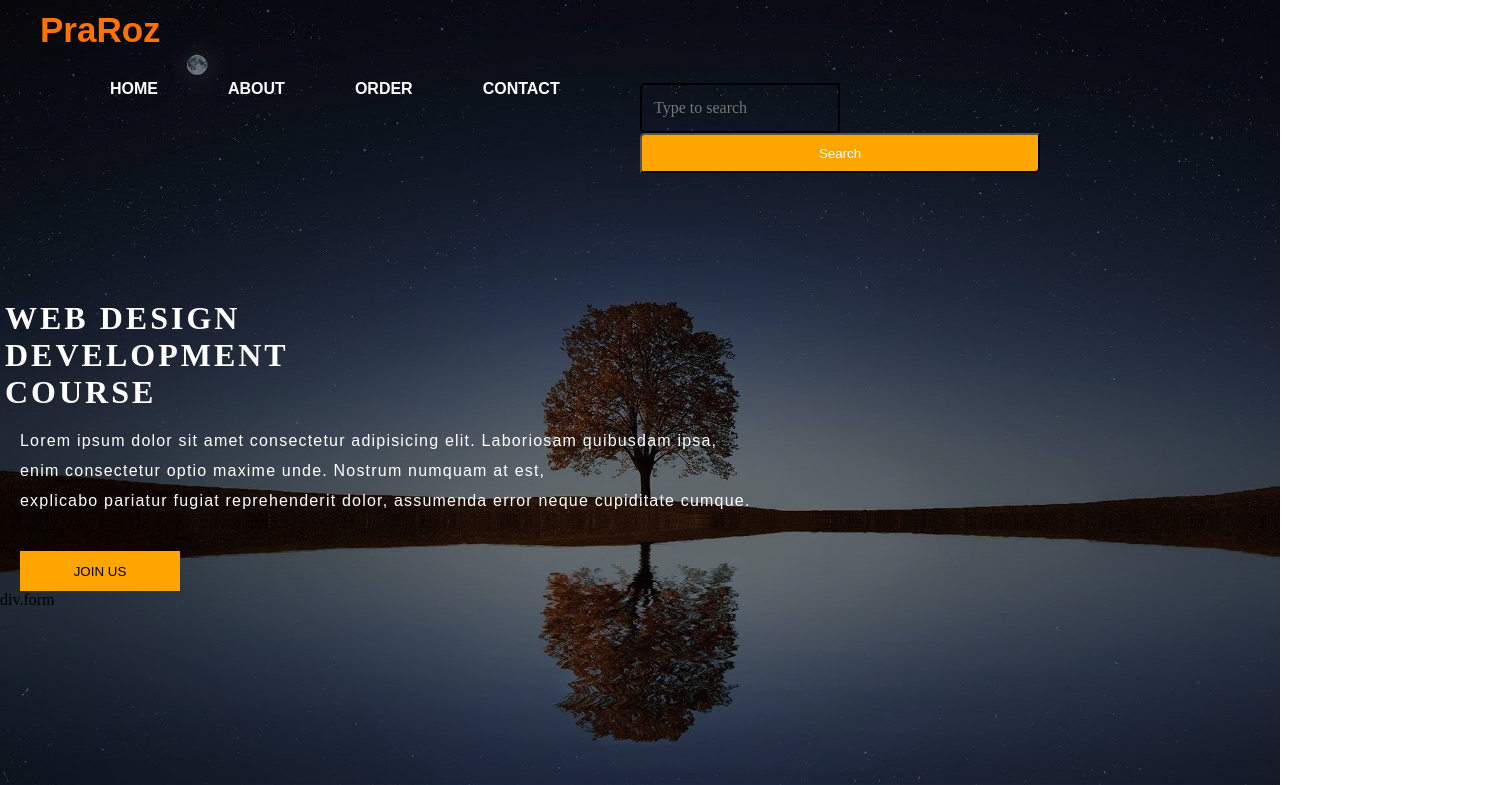
Repository: Cedrqmwesigwa/web-design-course
Page: index.html
These files come from the project's save history. The page is drawn as it stood at one moment and after a run of saves; the edit follows.
The browser window is 1280 px wide. The page is 1500 px wide, so the pictures cover 1500 px, including what lies to the right of the window. The pictures show the whole page.

Above is the page before, as saved 2024-04-03 20:47:46.

After the next 6 saves:
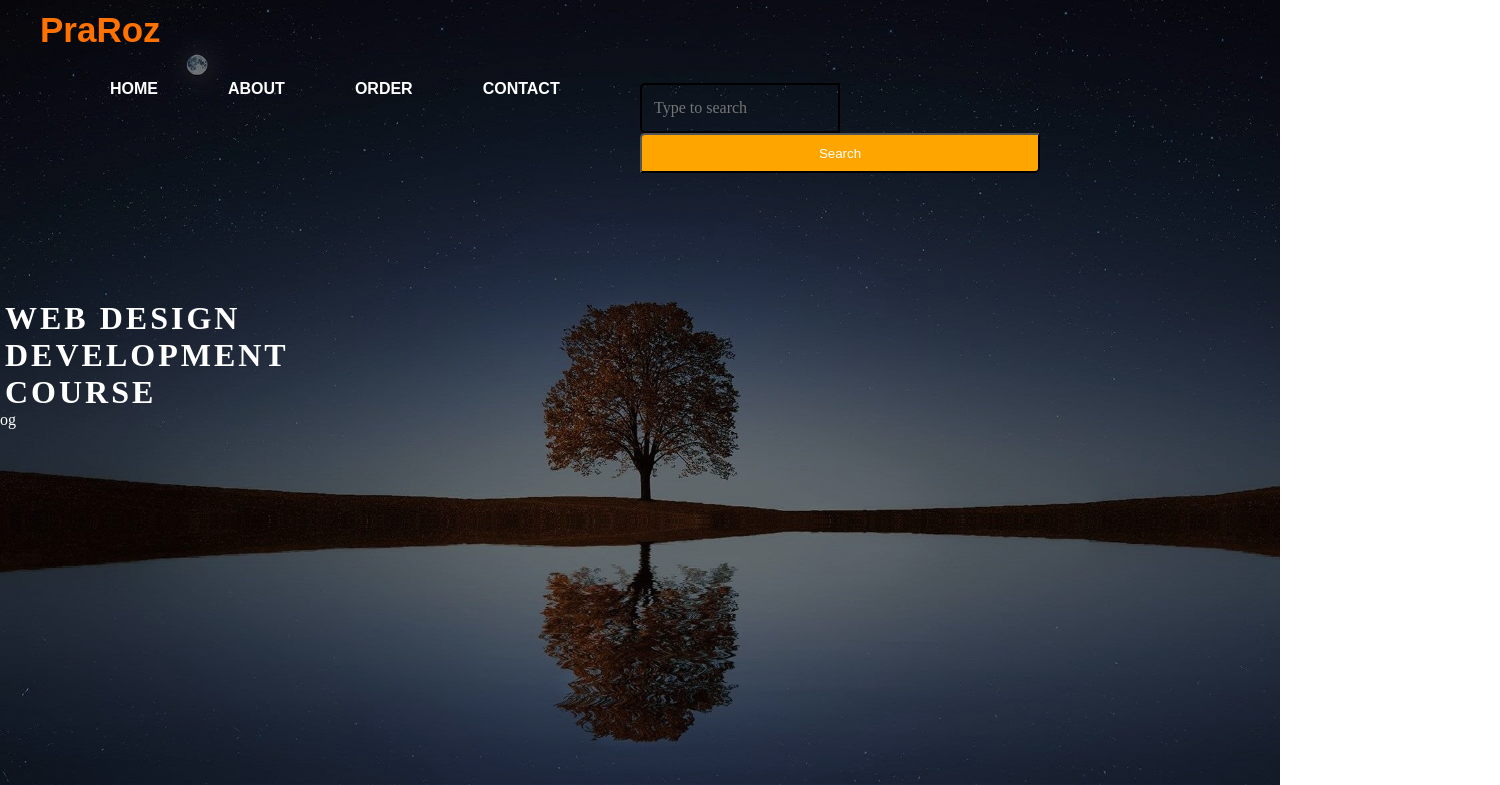
The 6 saves are shown as one change because they came seconds apart.
The last was saved 17 s later.
--- a/index.html
+++ b/index.html
@@ -33,18 +33,8 @@
             <span>DEVELOPMENT</span>
             <br>COURSE</h1>
 
-
-            <p class="par">Lorem ipsum dolor sit amet consectetur adipisicing elit. Laboriosam quibusdam ipsa,<br>
-                enim consectetur optio maxime unde. Nostrum numquam at est,
-                <br>explicabo pariatur fugiat reprehenderit dolor, assumenda error neque cupiditate cumque.
-            </p>
-
-
-            <button class="cn">
-                <a href="#">JOIN US</a>
-            </button>
+og</h2>
         </div>
-        div.form
     </div>
 
 
